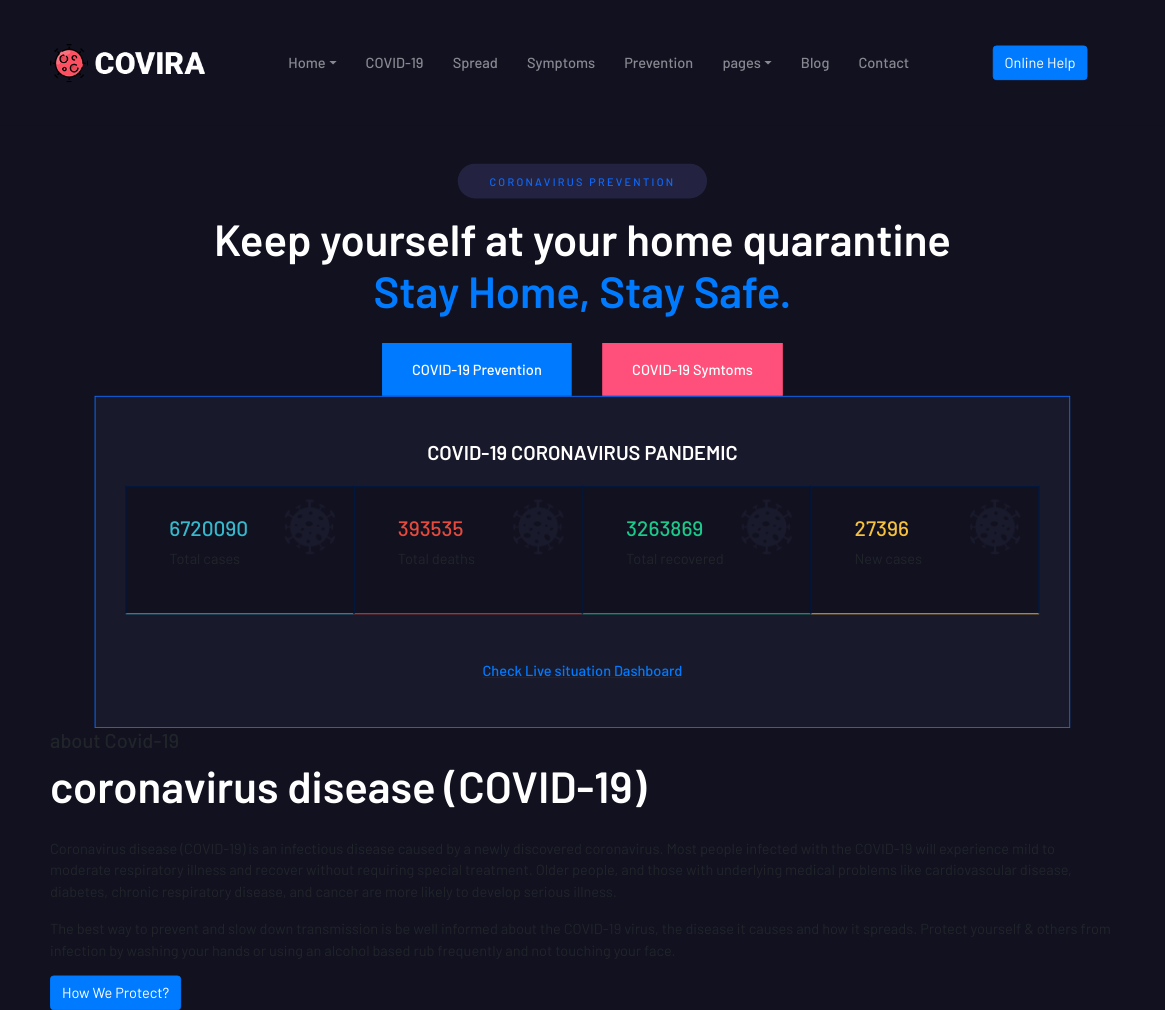
Repository: sitikhusushan/corona_updates
Page: index.html
The author's editor kept a copy of each file at every save. The page is drawn from the files as they stood at one save, then again after the next save.
The browser window is 1280 px wide. The pictures show the whole page, at 91% of full size.

Above is the page before, as saved 2020-06-06 18:19:45.

After the next save:
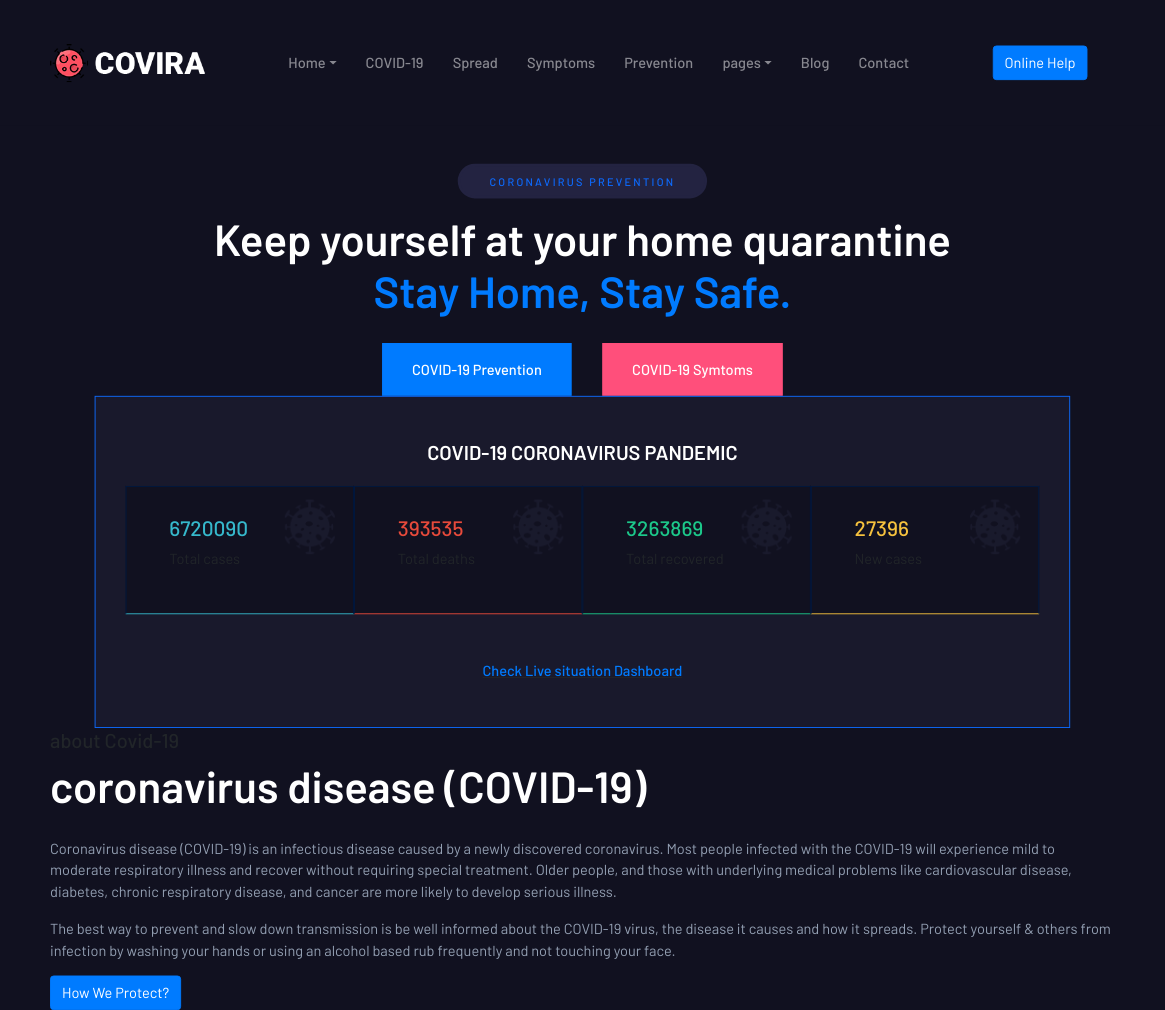
Saved 7 min 21 s later.
--- a/style.css
+++ b/style.css
@@ -213,6 +213,11 @@ h3 {
   color: hotpink;
 }
 
+/* about css starts from here  */
+.about p {
+  color: #939fb2;
+}
+
 @font-face {
   font-family: "Barlow";
   src: url("font/Barlow-Black.woff2") format("woff2"),
